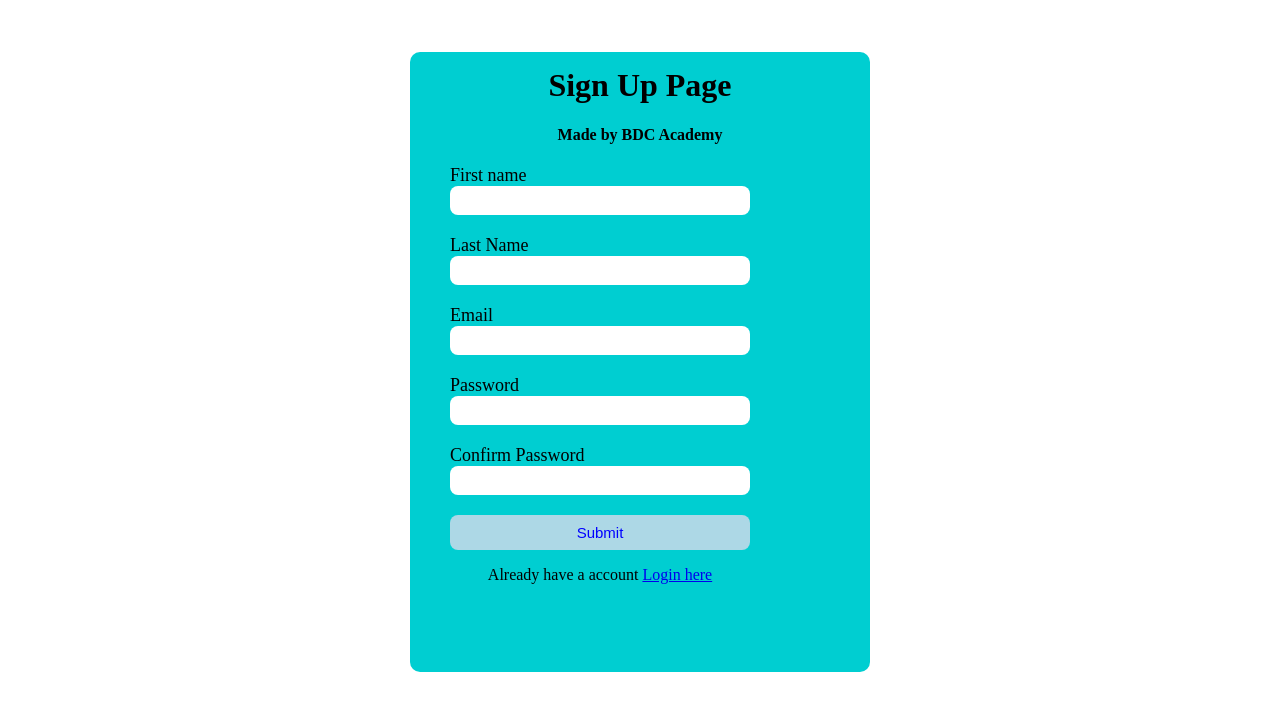
Repository: Tobby004/Sign-up-page
Page: index.html
An editor plug-in stored every save of this project. The page is shown before and after the next save, followed by the edit.
The browser window is 1280 px wide. The pictures show the whole page.

Above is the page before, as saved 2023-02-23 06:33:07.
Not found: IMG_9737.JPG

### index.html
<!DOCTYPE html>
<html lang="en">
<head>
    <meta charset="UTF-8">
    <meta http-equiv="X-UA-Compatible" content="IE=edge">
    <meta name="viewport" content="width=device-width, initial-scale=1.0">
    <title>SIGN UP</title>
    <link rel="stylesheet" href="style.css">
</head>
<body>
    <nav>
        <header id="header">
        <a href="#">Home</a>
        <a href="#">About us</a>
        <a href="#">Contact</a>
        <a href="">Services</a>
        <a href="">Blog</a>
     </header>
    </nav>
    <div class="signup-box">
        <h1>Sign Up Page</h1>
        <h4>Made by BDC Academy </h4>
     <form>
        <label>First name</label>
        <input type="text" placeholder="">
        <label>Last Name</label>
        <input type="text" placeholder="">
        <label>Email</label>
        <input type="email" placeholder="">
        <label>Password</label>
        <input type="password" placeholder="">
        <label>Confirm Password</label>
        <input type="Password" placeholder="">
        <input type="button" value="Submit"
     </form>
     <P>Already have a account <a href="#">Login here</a></P>
    </div>
</body>
</html>

### style.css
* {
    box-sizing: border-box;
}
body {
    background-image: url(IMG_9737.JPG);
}
nav {
    display: flex;
}
header a {
    text-decoration: none;
    padding-left: 10px;
    font-size: 20px;
    color: white;
    margin-left: 60px;
 }
.signup-box {
    width: 460px;
    height: 620px;
    margin: auto;
    background-color: darkturquoise;
    border-radius: 10px;
}
h1 {
    text-align: center;
    padding-top: 15px;
}
h4 {
    text-align: center;
}
form {
     width: 300px;
     margin-left: 40px;
}
form label {
     display: flex;
     font-size: 18px;
     margin-top: 20px;
}
form input {
    width: 100%;
    border: none;
    padding: 7px;
    border-radius: 8px;
    outline: none;
    border: 1px brown;

}
input[type="button"]{
    width: 300px;
    height: 35px;
    margin-top: 20px;
    border: none;
    color: blue;
    background-color:lightblue;
    font-size: 15px;
}
p{
    text-align: center;
}

After the next save:
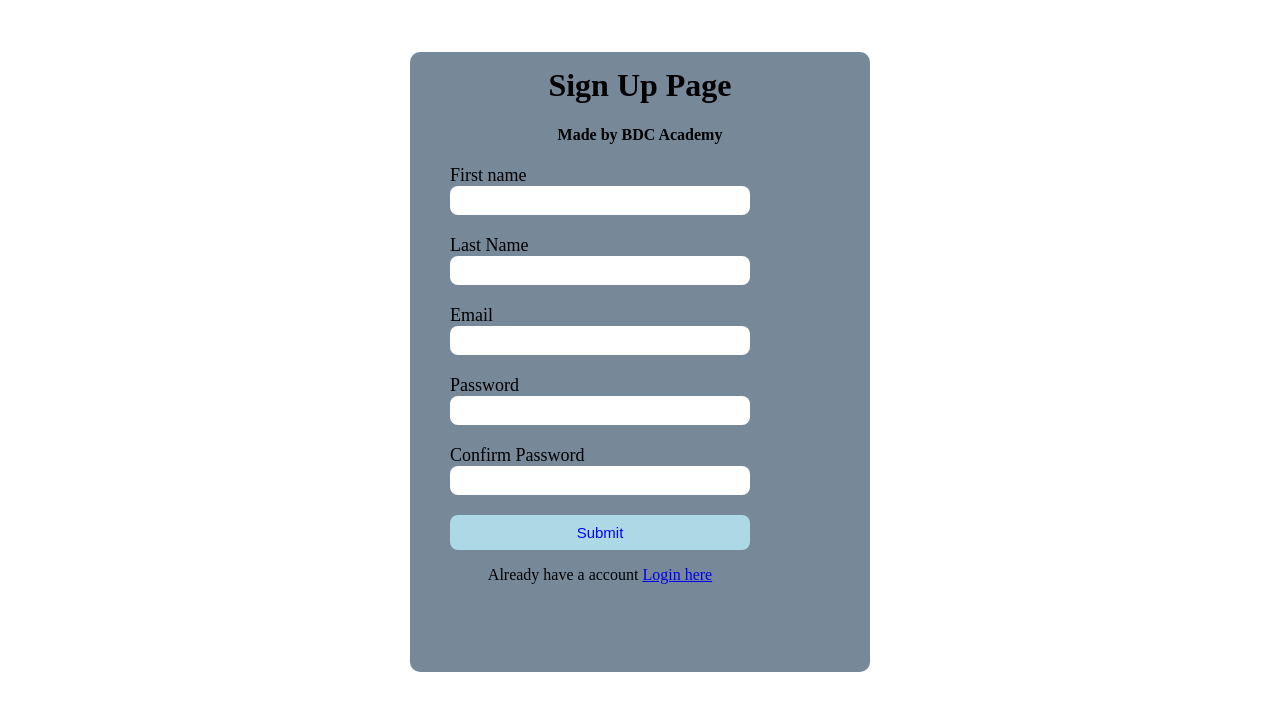
Saved 49 s later.
--- a/style.css
+++ b/style.css
@@ -18,7 +18,7 @@ header a {
     width: 460px;
     height: 620px;
     margin: auto;
-    background-color: darkturquoise;
+    background-color: lightslategray;
     border-radius: 10px;
 }
 h1 {
